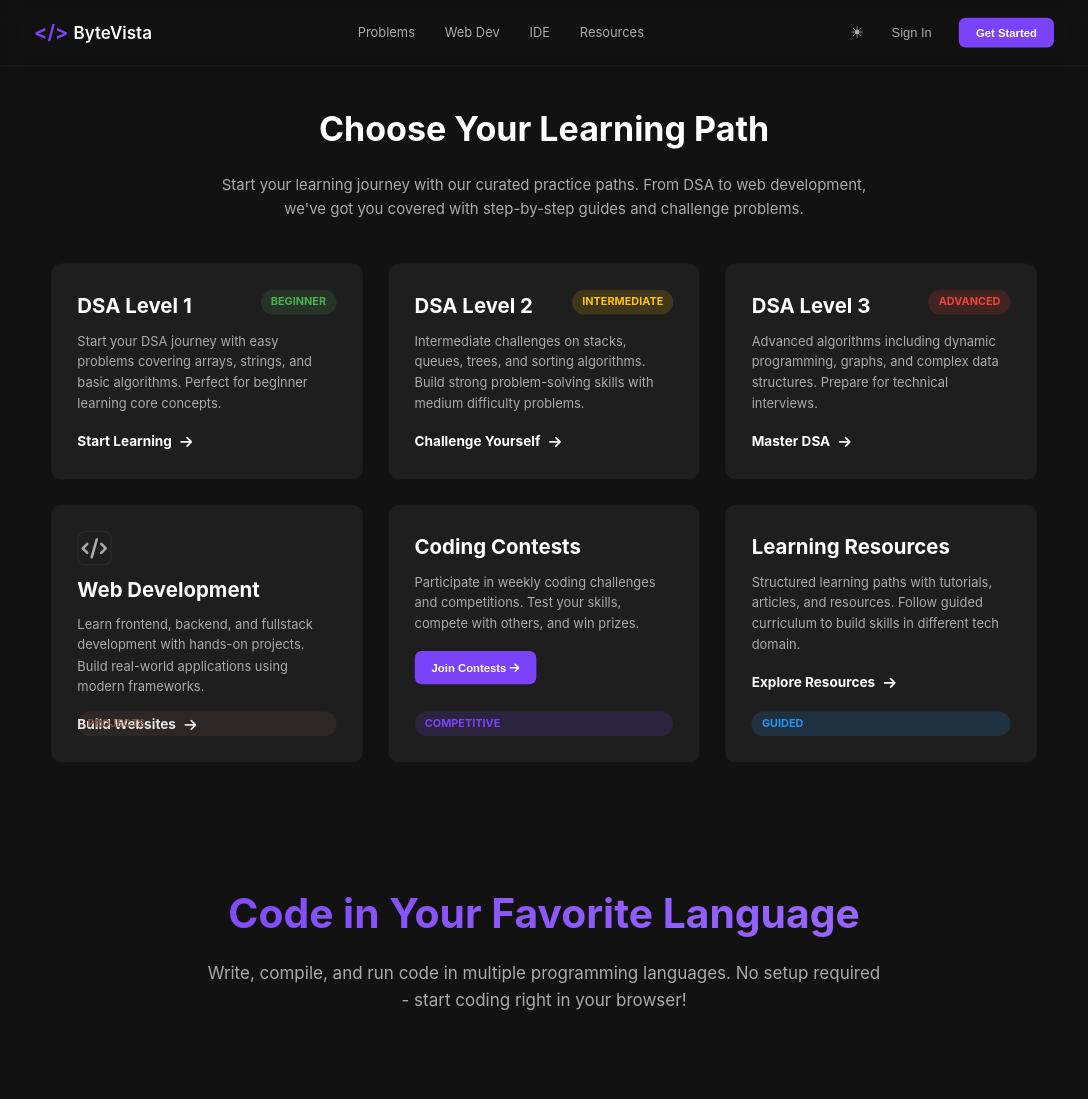
Repository: biswaranjansatapathy2005-lang/ByteVista
Page: frontend/course/course.html
The author's editor kept a copy of each file at every save. The page is drawn from the files as they stood at one save, then again after a run of saves.
The browser window is 1280 px wide. The pictures show the whole page, at 85% of full size.

Above is the page before, as saved 2025-12-13 02:47:04.

### frontend/course/course.html
<!DOCTYPE html>
<html lang="en">
<head>
    <meta charset="UTF-8">
    <meta name="viewport" content="width=device-width, initial-scale=1.0">
    <title>ByteVista-style Course Section</title>
    <link rel="stylesheet" href="course.css">
    <link rel="stylesheet" href="https://cdnjs.cloudflare.com/ajax/libs/font-awesome/6.0.0-beta3/css/all.min.css">
</head>
<body>
    <header class="main-header">
    <a href="#" class="brand-logo">
        <span class="logo-icon">&lt;/&gt;</span>
        <span class="logo-text">ByteVista</span>
    </a>

    <nav class="nav-links">
        <a href="#">Problems</a>
        <a href="#">Web Dev</a>
        <a href="#">IDE</a>
        <a href="#">Resources</a>
    </nav>

    <div class="user-actions">
        <button class="theme-toggle" aria-label="Toggle Theme">☀</button>
        <button class="sign-in">Sign In</button>
        <button class="get-started">Get Started</button>
    </div>
</header>

    <script>
    const header = document.querySelector('.main-header');

    window.addEventListener('scroll', () => {
        if (window.scrollY > 10) {
            header.classList.add('scrolled');
        } else {
            header.classList.remove('scrolled');
        }
    });
</script>


    <section class="learning-paths">
        <div class="container">
            <h2 class="section-title">Choose Your Learning Path</h2>
            <p class="section-subtitle">
                Start your learning journey with our curated practice paths. From DSA to web development,
                we've got you covered with step-by-step guides and challenge problems.
            </p>

            <div class="card-grid">
                <a href="#" class="card card-dsa-1">
                    <span class="tag tag-beginner">Beginner</span>
                    <div class="card-content">
                        <h3>DSA Level 1</h3>
                        <p>Start your DSA journey with easy problems covering arrays, strings, and basic algorithms. Perfect for beginner learning core concepts.</p>
                        <div class="card-link">
                            Start Learning <i class="fas fa-arrow-right"></i>
                        </div>
                    </div>
                </a>

                <a href="#" class="card card-dsa-2">
                    <span class="tag tag-intermediate">Intermediate</span>
                    <div class="card-content">
                        <h3>DSA Level 2</h3>
                        <p>Intermediate challenges on stacks, queues, trees, and sorting algorithms. Build strong problem-solving skills with medium difficulty problems.</p>
                        <div class="card-link">
                            Challenge Yourself <i class="fas fa-arrow-right"></i>
                        </div>
                    </div>
                </a>

                <a href="#" class="card card-dsa-3">
                    <span class="tag tag-advanced">Advanced</span>
                    <div class="card-content">
                        <h3>DSA Level 3</h3>
                        <p>Advanced algorithms including dynamic programming, graphs, and complex data structures. Prepare for technical interviews.</p>
                        <div class="card-link">
                            Master DSA <i class="fas fa-arrow-right"></i>
                        </div>
                    </div>
                </a>

                <a href="#" class="card card-web-dev">
                    <span class="icon-indicator"><i class="fas fa-code"></i></span>
                    <span class="tag tag-projects">Projects</span>
                    <div class="card-content">
                        <h3>Web Development</h3>
                        <p>Learn frontend, backend, and fullstack development with hands-on projects. Build real-world applications using modern frameworks.</p>
                        <div class="card-link">
                            Build Websites <i class="fas fa-arrow-right"></i>
                        </div>
                    </div>
                </a>

                <a href="#" class="card card-contests">
                    <span class="tag tag-competitive">Competitive</span>
                    <div class="card-content">
                        <h3>Coding Contests</h3>
                        <p>Participate in weekly coding challenges and competitions. Test your skills, compete with others, and win prizes.</p>
                        <button class="join-btn">Join Contests <i class="fas fa-arrow-right"></i></button>
                    </div>
                </a>

                <a href="#" class="card card-resources">
                    <span class="tag tag-guided">Guided</span>
                    <div class="card-content">
                        <h3>Learning Resources</h3>
                        <p>Structured learning paths with tutorials, articles, and resources. Follow guided curriculum to build skills in different tech domain.</p>
                        <div class="card-link">
                            Explore Resources <i class="fas fa-arrow-right"></i>
                        </div>
                    </div>
                </a>
            </div>
        </div>
    </section>

    <section class="code-section">
        <h2 class="code-title">Code in Your Favorite Language</h2>
        <p class="code-subtitle">
            Write, compile, and run code in multiple programming languages. No setup required - start coding right in your browser!
        </p>
    </section>

    <script src="course.js"></script>
</body>
</html>

### frontend/course/course.css
/* Base Styles for Dark Theme */
:root {
    --color-background: #121212;
    --color-card-bg: #1e1e1e;
    --color-text-primary: #ffffff;
    --color-text-secondary: #aaaaaa;
    --color-accent-purple: #7b43f9;
    --color-border-subtle: #333333;
    --color-shadow: rgba(0, 0, 0, 0.4);

    /* Tag Colors */
    --tag-beginner-bg: rgba(76, 175, 80, 0.15);
    --tag-beginner-text: #4caf50;
    --tag-intermediate-bg: rgba(255, 193, 7, 0.15);
    --tag-intermediate-text: #ffc107;
    --tag-advanced-bg: rgba(244, 67, 54, 0.15);
    --tag-advanced-text: #f44336;
    --tag-projects-bg: rgba(121, 85, 72, 0.15);
    --tag-projects-text: #795548;
    --tag-competitive-bg: rgba(123, 67, 249, 0.15);
    --tag-competitive-text: #7b43f9;
    --tag-guided-bg: rgba(33, 150, 243, 0.15);
    --tag-guided-text: #2196f3;
}

* {
    margin: 0;
    padding: 0;
    box-sizing: border-box;
}

body {
    font-family: 'Inter', sans-serif;
    background: var(--color-background);
    color: var(--color-text-primary);
    min-height: 100vh;
    line-height: 1.6;
}

.container {
    max-width: 1200px;
    margin: 0 auto;
    padding: 0 20px;
}

/* ----------------------------------------------------
   GLASS NAVBAR (ByteVista-style)
---------------------------------------------------- */
.main-header {
    position: fixed;
    top: 0;
    left: 0;
    width: 100%;
    z-index: 999;

    display: flex;
    align-items: center;
    justify-content: space-between;

    padding: 20px 40px;

    background: rgba(18, 18, 18, 0.25);
    backdrop-filter: blur(12px);
    -webkit-backdrop-filter: blur(12px);

    border-bottom: 1px solid rgba(255, 255, 255, 0.05);

    transition:
        padding 0.25s ease,
        background 0.25s ease,
        border-color 0.25s ease,
        backdrop-filter 0.3s ease;
}

.main-header.scrolled {
    background: rgba(18, 18, 18, 0.55);
    backdrop-filter: blur(18px);
    -webkit-backdrop-filter: blur(18px);
    padding: 12px 40px;
    border-bottom: 1px solid rgba(255, 255, 255, 0.12);
}

/* Logo */
.brand-logo {
    display: flex;
    align-items: center;
    gap: 6px;
    text-decoration: none;
}

.logo-icon {
    font-size: 1.45rem;
    font-weight: 700;
    color: var(--color-accent-purple);
}

.logo-text {
    font-size: 1.25rem;
    font-weight: 600;
    color: var(--color-text-primary);
}

/* Nav Links */
.nav-links {
    display: flex;
    gap: 35px;
}

.nav-links a {
    text-decoration: none;
    color: var(--color-text-secondary);
    font-size: 0.95rem;
    transition: color 0.25s ease;
}

.nav-links a:hover {
    color: #ffffff;
}

/* Right Side Buttons */
.user-actions {
    display: flex;
    align-items: center;
    gap: 18px;
}

.theme-toggle {
    background: none;
    border: none;
    color: var(--color-text-secondary);
    font-size: 1.2rem;
    cursor: pointer;
}

.sign-in {
    background: none;
    border: none;
    color: var(--color-text-secondary);
    font-size: 0.95rem;
    cursor: pointer;
    padding: 8px 14px;
}

.get-started {
    background: var(--color-accent-purple);
    color: #fff;
    border: none;
    border-radius: 8px;
    padding: 10px 20px;
    cursor: pointer;
    font-weight: 600;
    transition: 0.25s ease;
}

.get-started:hover {
    background: #9c6eff;
}

/* ----------------------------------------------------
   Section Title
---------------------------------------------------- */
.learning-paths {
    padding: 120px 0 60px; /* Add space because navbar is fixed */
}

.section-title {
    text-align: center;
    font-size: 2.5rem;
    margin-bottom: 20px;
}

.section-subtitle {
    text-align: center;
    color: var(--color-text-secondary);
    max-width: 800px;
    margin: 0 auto 50px;
    font-size: 1.1rem;
}

/* ----------------------------------------------------
   CARD GRID
---------------------------------------------------- */
.card-grid {
    display: grid;
    grid-template-columns: repeat(3, 1fr);
    gap: 30px;
}

/* Card */
.card {
    display: block;
    text-decoration: none;
    background: var(--color-card-bg);
    border-radius: 12px;
    padding: 30px;
    color: var(--color-text-primary);
    position: relative;

    border: 1px solid var(--color-card-bg);
    transition: transform 0.3s ease, box-shadow 0.3s ease, border-color 0.3s ease;
}

.card:hover {
    transform: translateY(-5px);
    box-shadow: 0 15px 30px var(--color-shadow);
    border-color: var(--color-accent-purple);
}

.card h3 {
    font-size: 1.5rem;
    margin-bottom: 10px;
}

.card p {
    color: var(--color-text-secondary);
    margin-bottom: 20px;
    font-size: 0.95rem;
}

/* Tags */
.tag {
    position: absolute;
    top: 30px;
    right: 30px;
    padding: 4px 12px;
    font-size: 0.8rem;
    font-weight: bold;
    border-radius: 18px;
    text-transform: uppercase;
}

/* Levels */
.tag-beginner { background: var(--tag-beginner-bg); color: var(--tag-beginner-text); }
.tag-intermediate { background: var(--tag-intermediate-bg); color: var(--tag-intermediate-text); }
.tag-advanced { background: var(--tag-advanced-bg); color: var(--tag-advanced-text); }

/* Left-aligned tags */
.tag-projects, .tag-competitive, .tag-guided {
    left: 30px;
    bottom: 30px;
    top: auto;
    padding: 4px 12px;
}

.tag-projects { background: var(--tag-projects-bg); color: var(--tag-projects-text); }
.tag-competitive { background: var(--tag-competitive-bg); color: var(--tag-competitive-text); }
.tag-guided { background: var(--tag-guided-bg); color: var(--tag-guided-text); }

/* Card link */
.card-link {
    color: var(--color-text-primary);
    font-weight: bold;
    display: flex;
    align-items: center;
    gap: 10px;
    transition: 0.3s;
}

.card:hover .card-link { color: var(--color-accent-purple); }

.card-link i { transition: transform 0.3s; }

.card:hover .card-link i { transform: translateX(5px); }

/* Web Dev Icon */
.icon-indicator {
    position: absolute;
    top: 30px;
    left: 30px;
    width: 40px;
    height: 40px;

    font-size: 1.5rem;
    color: var(--color-text-secondary);

    border: 1px solid var(--color-border-subtle);
    border-radius: 8px;

    display: flex;
    align-items: center;
    justify-content: center;

    transition: 0.3s;
}

.card-web-dev:hover .icon-indicator {
    border-color: var(--color-accent-purple);
    color: var(--color-accent-purple);
}

.card-web-dev .card-content { margin-top: 50px; }

/* Contests Button */
.join-btn {
    background: var(--color-accent-purple);
    color: #fff;
    border: none;
    padding: 12px 20px;
    border-radius: 8px;
    cursor: pointer;
    font-weight: bold;
    transition: 0.3s ease;
}

.join-btn:hover {
    background: #9c6eff;
    transform: scale(1.02);
}

/* Code Section */
.code-section {
    text-align: center;
    padding: 80px 0 100px;
}

.code-title {
    font-size: 3rem;
    margin-bottom: 15px;
    background: linear-gradient(90deg, #7b43f9, #a06eff);
    background-clip: text;
    -webkit-text-fill-color: transparent;
}

.code-subtitle {
    font-size: 1.25rem;
    color: var(--color-text-secondary);
    max-width: 800px;
    margin: 0 auto;
}

### frontend/course/course.js
document.addEventListener('DOMContentLoaded', () => {
    const cards = document.querySelectorAll('.card');

    cards.forEach(card => {
        card.addEventListener('mousemove', handleMouseMove);
        card.addEventListener('mouseleave', handleMouseLeave);
    });
    // GLASS NAVBAR SCROLL EFFECT
const header = document.querySelector('.main-header');

window.addEventListener('scroll', () => {
    if (window.scrollY > 10) {
        header.classList.add('scrolled');
    } else {
        header.classList.remove('scrolled');
    }
});

    /**
     * Calculates and applies a subtle 3D tilt effect on mouse movement.
     * @param {MouseEvent} e - The mouse event object.
     */
    function handleMouseMove(e) {
        const card = e.currentTarget;
        const rect = card.getBoundingClientRect();

        // Get coordinates relative to the center of the card
        const x = e.clientX - rect.left - rect.width / 2;
        const y = e.clientY - rect.top - rect.height / 2;

        // Calculate rotation angles
        // The max tilt is set to 5 degrees for a subtle effect
        const rotateX = (-1 * (y / rect.height) * 5).toFixed(2);
        const rotateY = ((x / rect.width) * 5).toFixed(2);

        // Apply transform. The 'translateZ' makes it feel like it's lifting forward.
        card.style.transition = 'none'; // Disable transition for smooth real-time tilt
        card.style.transform = `perspective(1000px) rotateX(${rotateX}deg) rotateY(${rotateY}deg) scale(1.01)`;

        // Optional: Add a subtle inner shadow/glow based on position
        const shadowX = (x / rect.width) * 30;
        const shadowY = (y / rect.height) * 30;
        card.style.boxShadow = `
            ${-shadowX}px ${-shadowY}px 50px rgba(123, 67, 249, 0.3),
            0 15px 30px var(--color-shadow)
        `;
    }

    /**
     * Resets the card transform when the mouse leaves.
     * @param {MouseEvent} e - The mouse event object.
     */
    function handleMouseLeave(e) {
        const card = e.currentTarget;

        // Re-enable transition for smooth reset
        card.style.transition = 'transform 0.5s ease, box-shadow 0.5s ease, border-color 0.3s ease';

        // Reset transform and box-shadow to the initial CSS state
        card.style.transform = 'perspective(1000px) rotateX(0deg) rotateY(0deg) scale(1)';
        card.style.boxShadow = `0 15px 30px var(--color-shadow)`;
    }
});

After the next 2 saves:
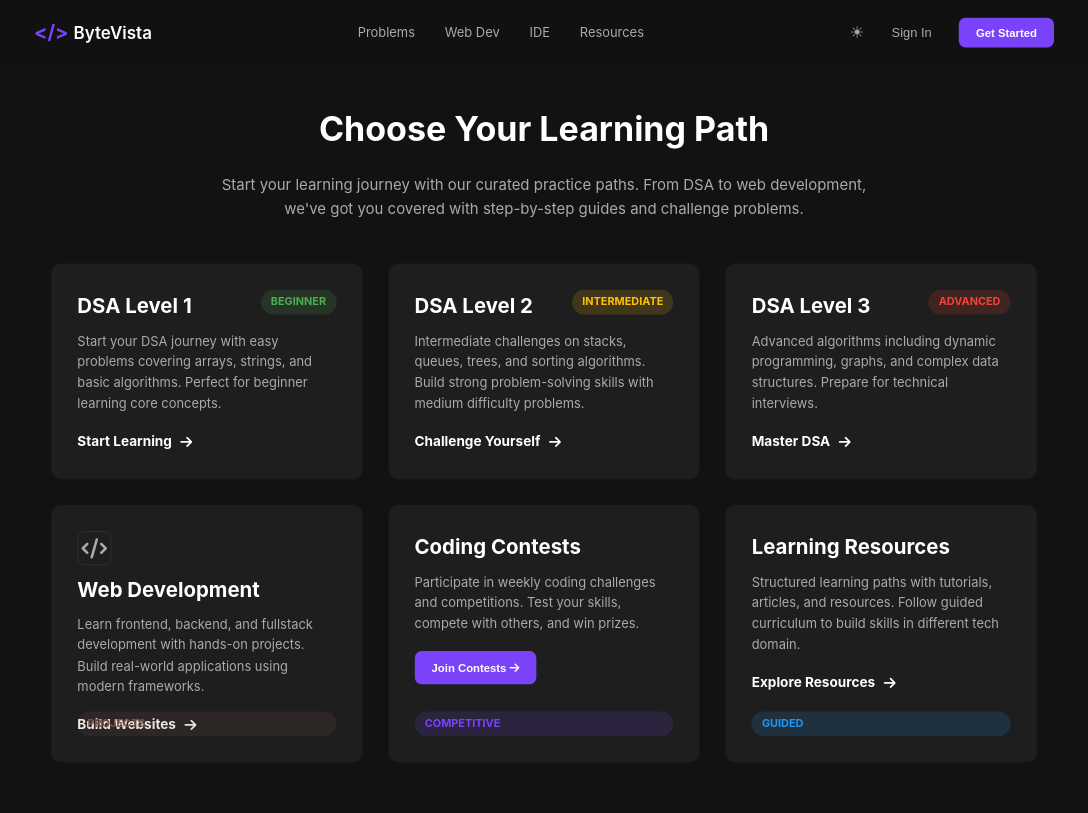
The 2 saves are shown as one change because they came seconds apart.
The last was saved 12 s later.
--- a/frontend/course/course.html
+++ b/frontend/course/course.html
@@ -118,12 +118,7 @@
         </div>
     </section>
 
-    <section class="code-section">
-        <h2 class="code-title">Code in Your Favorite Language</h2>
-        <p class="code-subtitle">
-            Write, compile, and run code in multiple programming languages. No setup required - start coding right in your browser!
-        </p>
-    </section>
+
 
     <script src="course.js"></script>
 </body>
